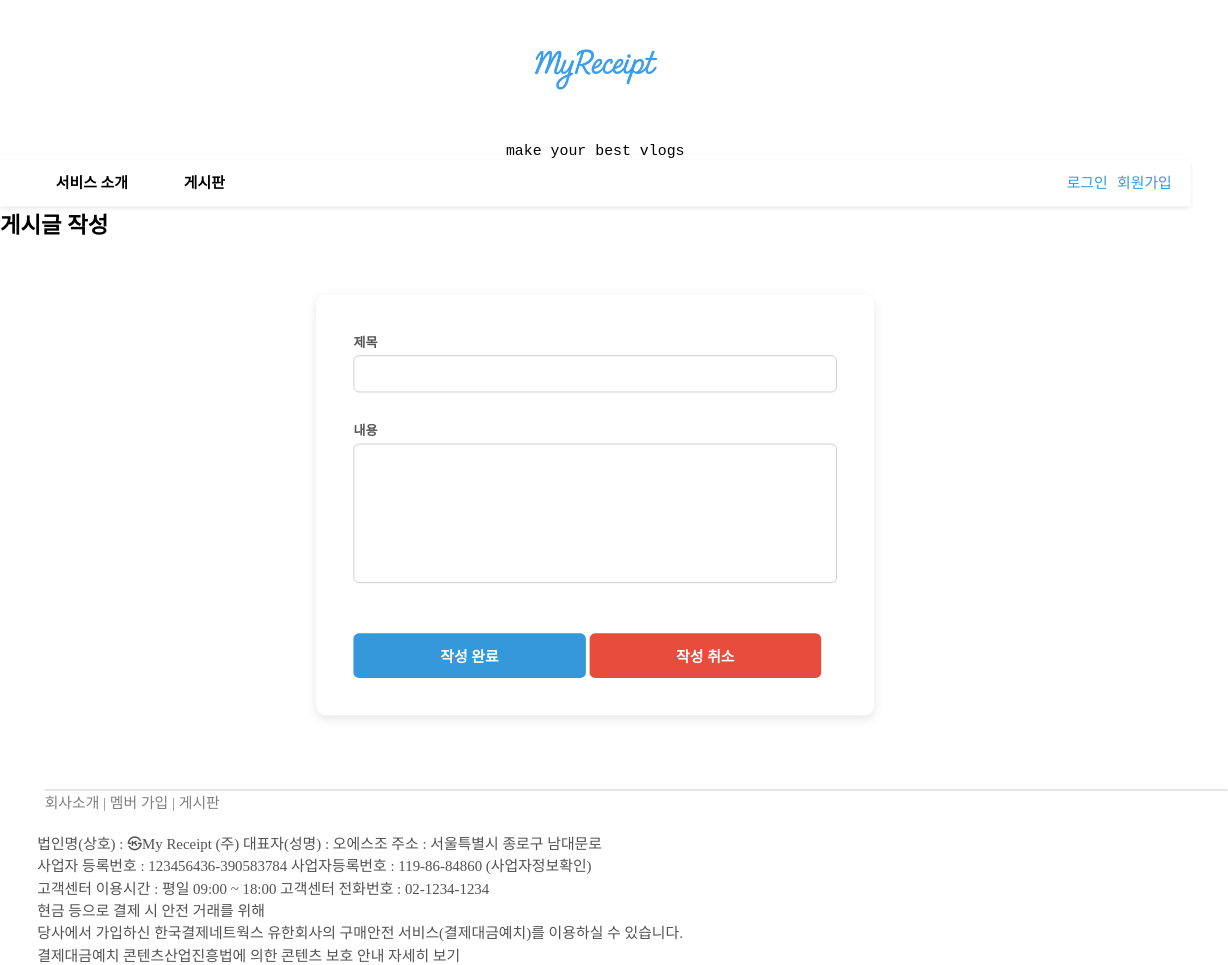
Repository: shong69/mini-project
Page: http://localhost/myReceipt2/WEB-INF/views/insert.jsp
An editor plug-in stored every save of this project. The page is shown before and after the next save, followed by the edit.
The browser window is 1280 px wide. The page is 1320 px wide, so the pictures cover 1320 px, including what lies to the right of the window. The pictures show the whole page, at 93% of full size.
Some web fonts or font styles are not loaded; a fallback is used. The page is served by Tomcat 10. Nobody is signed in. The template is opened directly, without the code that normally fills it, so the values that code supplies are empty.

Above is the page before, as saved 2025-05-06 21:36:33.

After the next save:
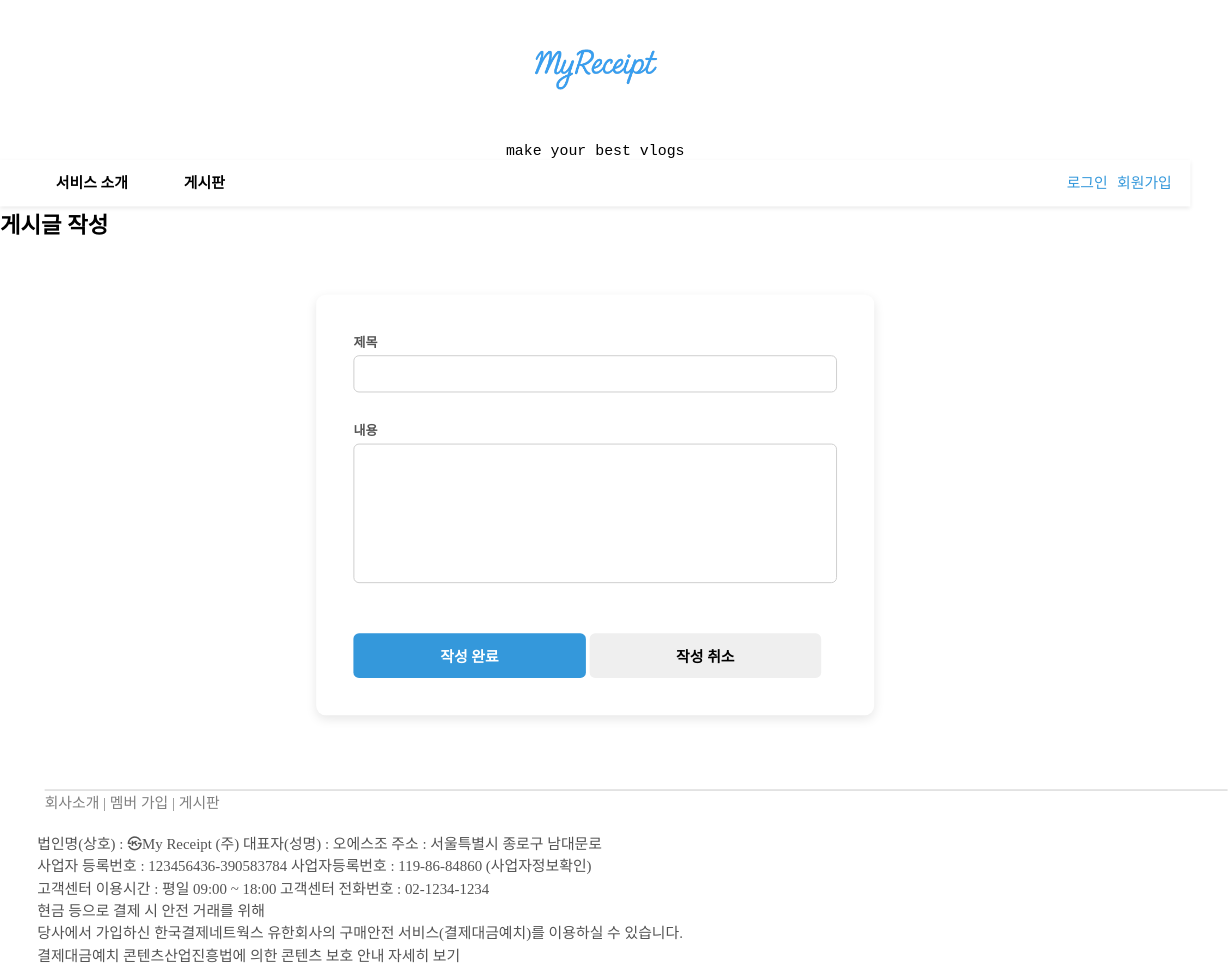
Saved 87 s later.
--- a/jspProject/myReceipt2/src/main/webapp/WEB-INF/views/insert.jsp
+++ b/jspProject/myReceipt2/src/main/webapp/WEB-INF/views/insert.jsp
@@ -7,7 +7,6 @@
     <title>Board create</title>
     <link rel="stylesheet" type="text/css" href="resources/css/main.css">
     <style>
-    /* 전체 폼 컨테이너 스타일 */
 form {
     width: 100%;
     max-width: 600px;
@@ -110,7 +109,7 @@ form button[type="reset"]:hover {
             <textarea id="content" name="content" required></textarea>
         </div>
         <button type="submit">작성 완료</button>
-        <button type="reset">작성 취소</button>
+        <button ype="button" onclick="window.location.href='/myReceipt2/board'">작성 취소</button>
     </form>
 <jsp:include page="/WEB-INF/views/common/footer.jsp"></jsp:include>
 </body>
